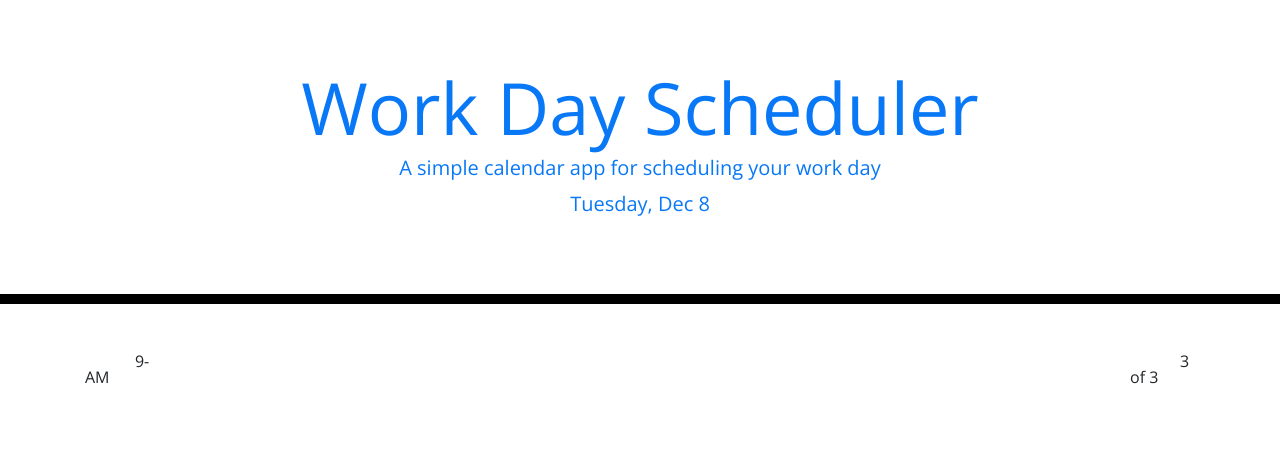
Repository: Mf948/DailyPlannerJS
Page: Develop/index.html
An editor plug-in stored every save of this project. The page is shown before and after the next save, followed by the edit.
The browser window is 1280 px wide. The pictures show the whole page.
Some web libraries are served in a nearby version.

Above is the page before, as saved 2020-12-09 17:01:53.

### Develop/index.html
<!DOCTYPE html>
<html lang="en">
  <head>
    <meta charset="UTF-8" />
    <meta name="viewport" content="width=device-width, initial-scale=1.0" />
    <meta http-equiv="X-UA-Compatible" content="ie=edge" />
    <link
      rel="stylesheet"
      href="https://stackpath.bootstrapcdn.com/bootstrap/4.3.1/css/bootstrap.min.css"
    />
    <link
      rel="stylesheet"
      href="https://use.fontawesome.com/releases/v5.8.1/css/all.css"
      integrity="sha384-50oBUHEmvpQ+1lW4y57PTFmhCaXp0ML5d60M1M7uH2+nqUivzIebhndOJK28anvf"
      crossorigin="anonymous"
    />
    <link
      href="https://fonts.googleapis.com/css?family=Open+Sans&display=swap"
      rel="stylesheet"
    />
    <link rel="stylesheet" href="style.css" />

    <title>Work Day Scheduler</title>
  </head>

  <body>
    <header class="jumbotron">
      <h1 class="display-3">Work Day Scheduler</h1>
      <p class="lead">A simple calendar app for scheduling your work day</p>
      <p id="currentDay" class="lead"></p>
    </header>
    <div class="container">
      <!-- Timeblocks go here -->
        <div class="row">
          <div class="col-1">
            9-AM
          </div>
          <div class="col-10">

          </div>
          <div class="col-1">
            3 of 3
          </div>
        </div>



    </div>
    <script src="https://unpkg.com/dayjs@1.8.21/dayjs.min.js"></script>
    <script src="https://unpkg.com/dayjs@1.8.21/dayjs.min.js"></script>
    <script src="https://cdnjs.cloudflare.com/ajax/libs/jquery/3.2.1/jquery.min.js"></script>
    <script src="https://cdnjs.cloudflare.com/ajax/libs/moment.js/2.24.0/moment.min.js"></script>
    <script src = "script.js"></script>
  </body>
</html>

### Develop/style.css
body {
  font-family: 'Open Sans', sans-serif;
  font-size: 16px;
  line-height: 1;
}

textarea{
  background: transparent;
  border: none;
  resize: none;
  color: #000000;
  border-left: 1px solid black;
  padding: 10px;
}

.jumbotron {
  text-align: center;
  background-color: transparent;
  color: rgb(9, 120, 246);
  border-radius: 0;
  border-bottom: 10px solid black;
}

.description{
  white-space: pre-wrap;
}

.time-block{
  text-align: center;
  border-radius: 15px;
}

.row {
  white-space: pre-wrap;
  height: 80px;
  border-top: 1px solid white;;
}

.hour {
  background-color: #df1212;
  color: #000000;
  border-top: 1px dashed #000000;
}

.past {
  background-color: #d3d3d3;
  color: white;
}

.present {
  background-color: #ff6961;
  color: white;
}

.future {
  background-color: #77dd77;
  color: white;
}

.saveBtn {
  border-left: 1px solid black;
  border-top-right-radius: 15px;
  border-bottom-right-radius: 15px;
  background-color: #06AED5;
  color: white;
}

.saveBtn i:hover {
  font-size: 20px;
  transition: all .3s ease-in-out;
}

### Develop/script.js

 $(document).ready(function() {
    // currentDay
    $("#currentDay").text(dayjs().format('dddd, MMM D'))
 })

After the next save:
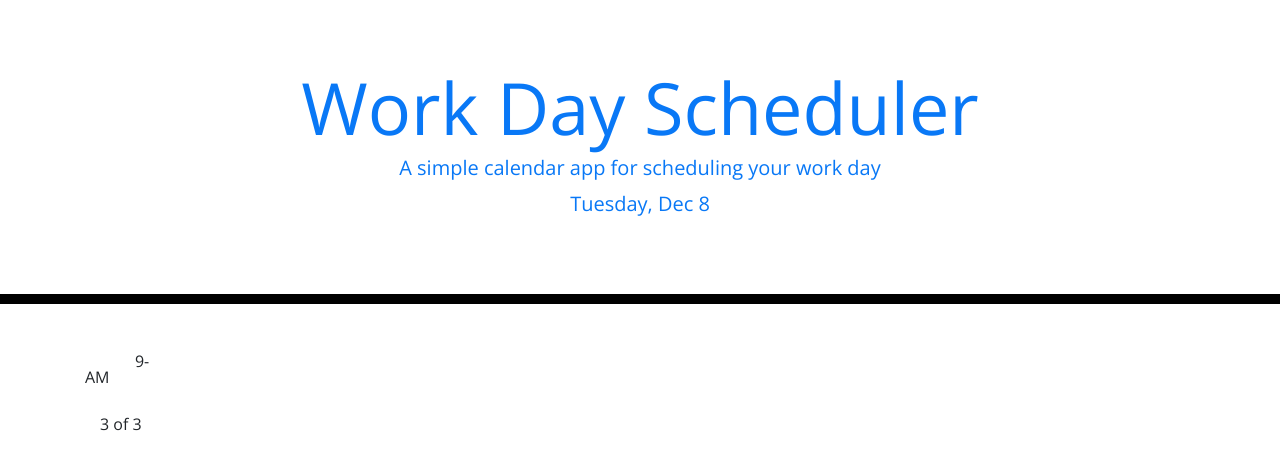
Saved 5 s later.
--- a/Develop/index.html
+++ b/Develop/index.html
@@ -35,7 +35,7 @@
           <div class="col-1">
             9-AM
           </div>
-          <div class="col-10">
+          <te class="col-10">
 
           </div>
           <div class="col-1">
